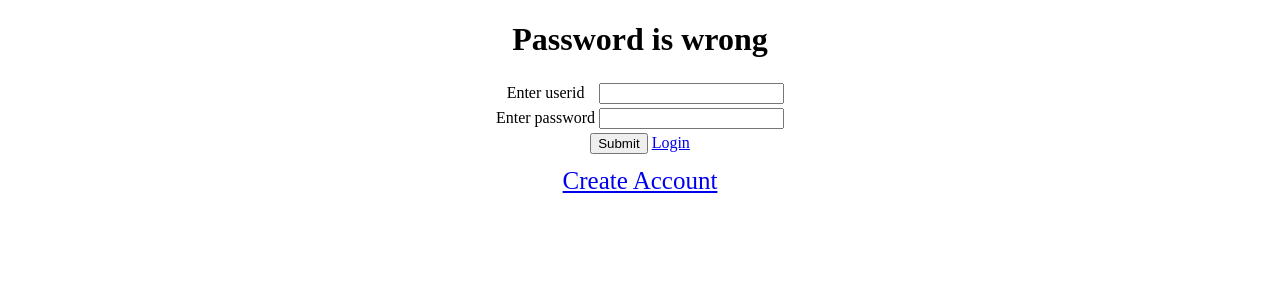
Repository: nikunj-var/Advance_Java
Page: http://localhost/jsp_user/authenticateuser.jsp
These files come from the project's save history. The page is drawn as it stood at one moment and after the next save; the edit follows.
The browser window is 1280 px wide. The pictures show the whole page.
The page is served by Tomcat 9. Queries for data that is not in the repository find no rows.

Above is the page before, as saved 2023-07-17 12:05:09.

After the next save:
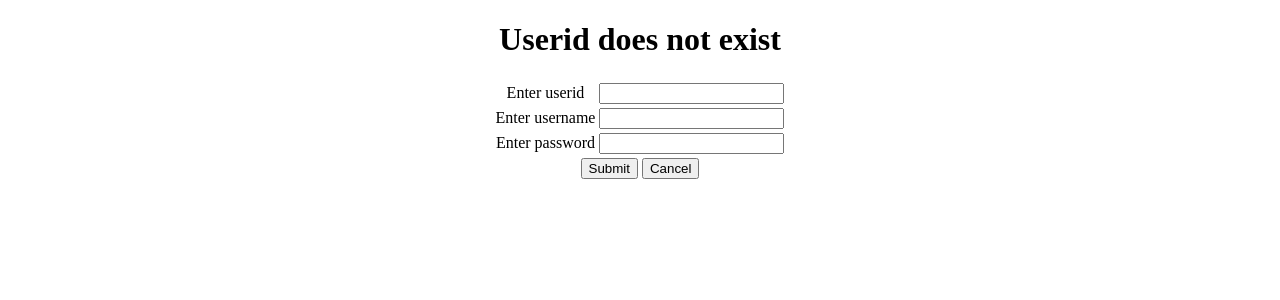
Saved 3 min 16 s later.
--- a/jsp_user/src/main/webapp/authenticateuser.jsp
+++ b/jsp_user/src/main/webapp/authenticateuser.jsp
@@ -22,15 +22,16 @@ if(rst.next()){
 	}
 	else{
 		%>
-		<h1>Userid does not exist</h1>
-		<jsp:include page="registration.jsp"/>
+
+		<h1>Password is wrong</h1>
+		<jsp:include page="login_form.jsp"/>
 		<%
 	}
 }
 else{
 	%>
-	<h1>Password is wrong</h1>
-	<jsp:include page="login_form.jsp"/>
+	<h1>Userid does not exist</h1>
+	<jsp:include page="registration.jsp"/>
 	<%
 }
 
